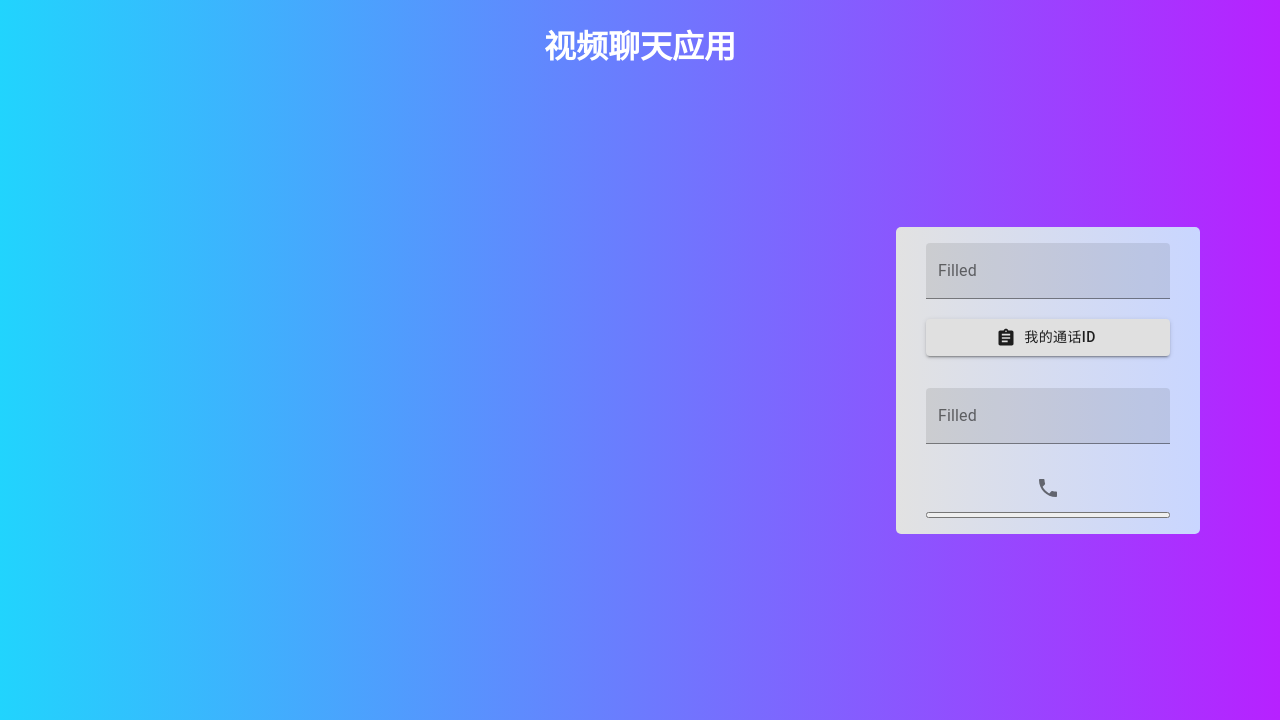
Repository: CodeFreedom-A/webRtc
Page: /
The author's editor kept a copy of each file at every save. The page is drawn from the files as they stood at one save, then again after the next save.
The browser window is 1280 px wide. The pictures show the whole page.
The page's requests for data from a server got no answer. The project was rebuilt for these pictures with package versions that can differ from the ones it lists, and the page was loaded fresh each time. No one was signed in, and anything a server would have sent is missing.

Above is the page before, as saved 2022-12-21 17:22:31.

After the next save:
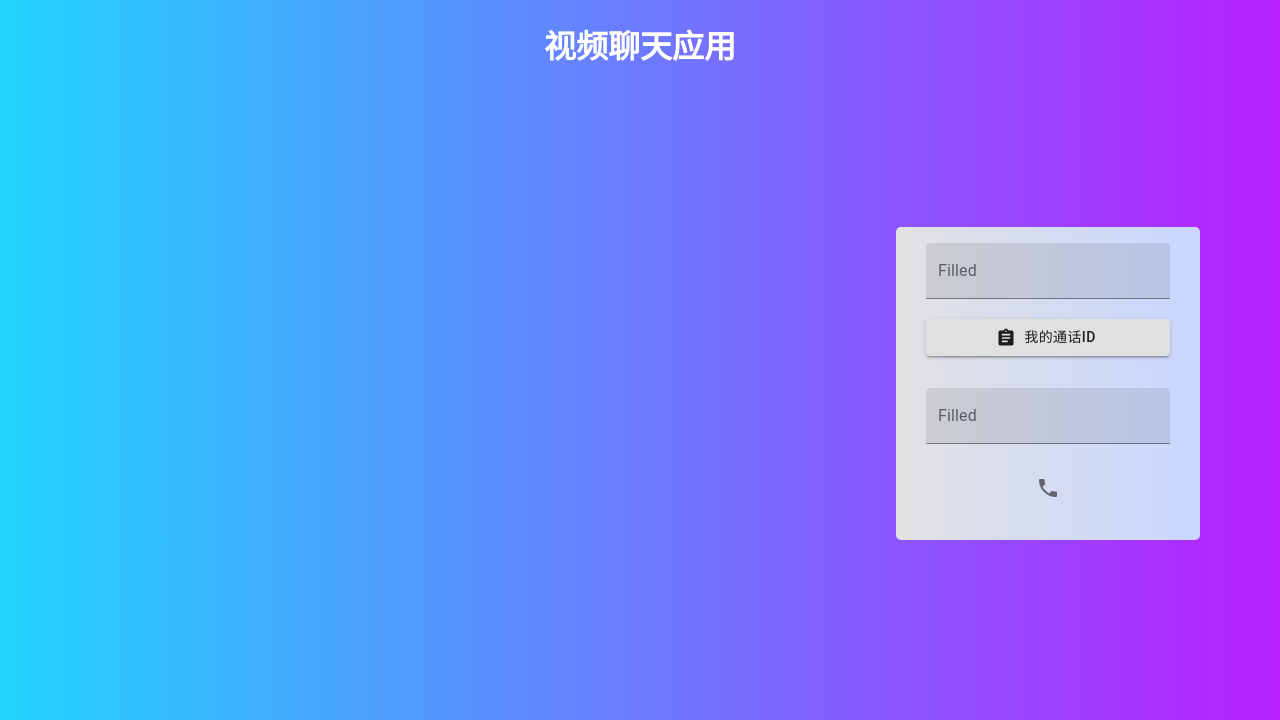
Saved 11 s later.
--- a/src/App.js
+++ b/src/App.js
@@ -83,7 +83,7 @@ function App() {
           <IconButton onClick={() => callUser(idToCall)}>
             <PhoneIcon></PhoneIcon>
           </IconButton>
-          <button></button>
+          <Button></Button>
         </div>
       </div>
     </>
